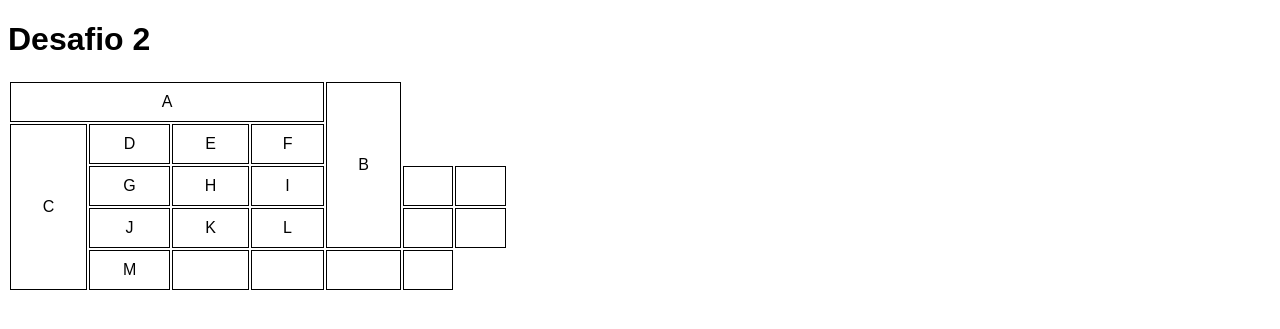
Repository: railsondev/html-css
Page: Módulo3/Desafio/D03 - tabela 1/tabela1.html
These files come from the project's save history. The page is drawn as it stood at one moment and after a run of saves; the edit follows.
The browser window is 1280 px wide. The pictures show the whole page.

Above is the page before, as saved 2024-10-19 22:22:22.

### Módulo3/Desafio/D03 - tabela 1/tabela1.html
<!DOCTYPE html>
<html lang="en">
<head>
  <meta charset="UTF-8">
  <meta name="viewport" content="width=device-width, initial-scale=1.0">
  <title>Tabelas</title>
  <link rel="stylesheet" href="style.css">
</head>
<body>
  <h1>Desafio 2</h1>
  <table>
    <tr>
      <td colspan="4">A</td>
      <td rowspan="4">B</td>
    </tr>
    <tr>
      <td rowspan="4">C</td>
      <td>D</td>
      <td>E</td>
      <td>F</td>
    </tr>
    <tr>
      <td>G</td>
      <td>H</td>
      <td>I</td>
      <td></td>
      <td></td>
    </tr>
    <tr>
      <td>J</td>
      <td>K</td>
      <td>L</td>
      <td></td>
      <td></td>
    </tr>
    <tr>
      <td>M</td>
      <td></td>
      <td></td>
      <td></td>
      <td></td>
    </tr>
  </table>
</body>
</html>

### Módulo3/Desafio/D03 - tabela 1/style.css
@charset 'UTF-8';

body {
  font-family: Arial, Helvetica, sans-serif;
}

table {
  width: 500px;
  border-collapse: separate;
}

td {
  border: 1px solid black;
  padding: 10px;
  text-align: center;
  vertical-align: center;
}

After the next 2 saves:
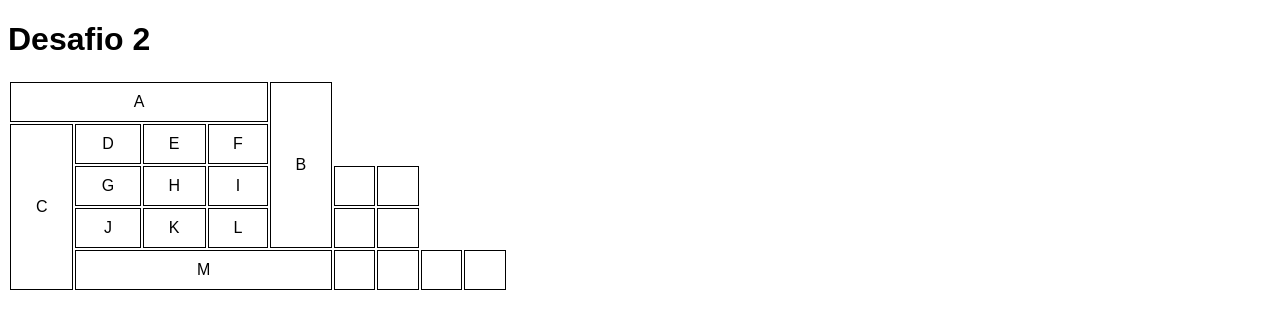
The 2 saves are shown as one change because they came seconds apart.
The last was saved 26 s later.
--- a/Módulo3/Desafio/D03 - tabela 1/tabela1.html
+++ b/Módulo3/Desafio/D03 - tabela 1/tabela1.html
@@ -34,7 +34,7 @@
       <td></td>
     </tr>
     <tr>
-      <td>M</td>
+      <td colspan="4">M</td>
       <td></td>
       <td></td>
       <td></td>
